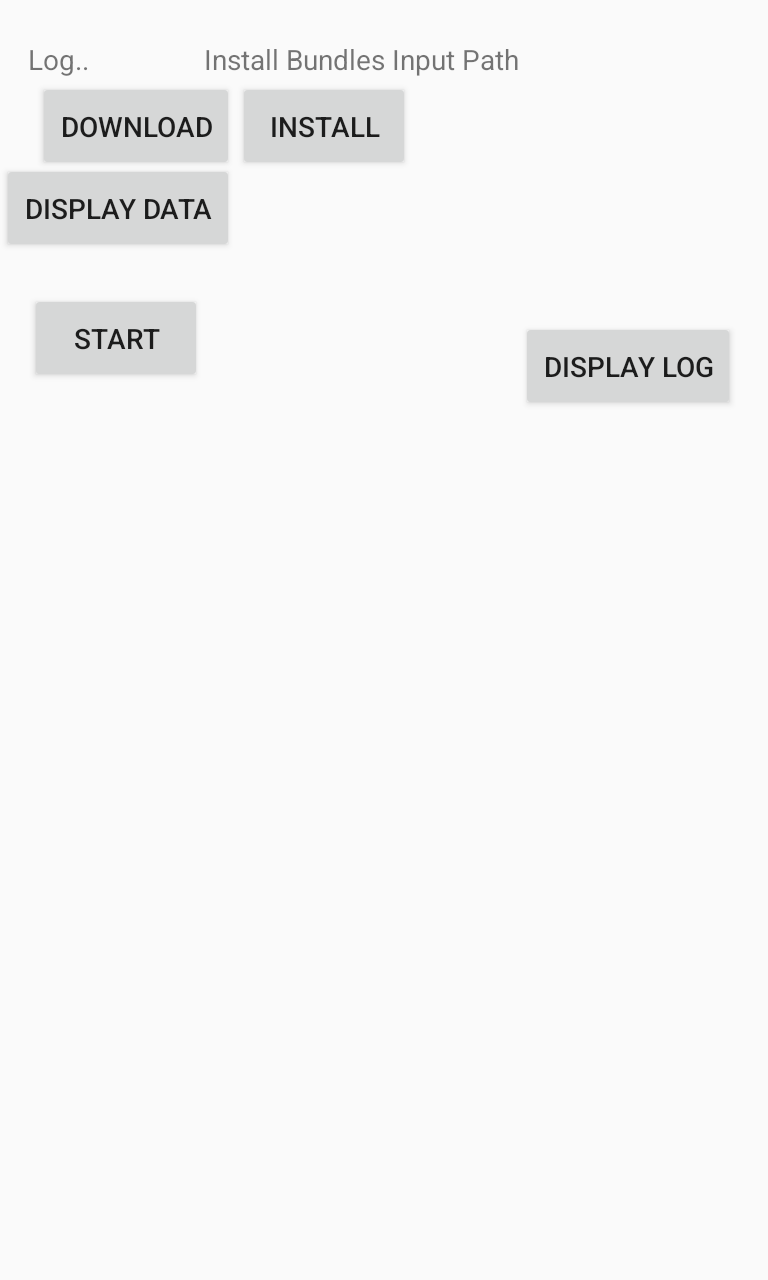
Repository: theodosiac/gyroscope_Rest_Android
Layout: HelloFelix/res/layout/activity_main.xml
An editor plug-in stored every save of this project. The layout is shown before and after the next save, followed by the edit.
It is drawn on a 768 x 1280 px phone screen (xhdpi) without system bars, with theme AppTheme; the app's code is not run.

Above is the layout before, as saved 2015-03-25 17:59:21.

After the next save:
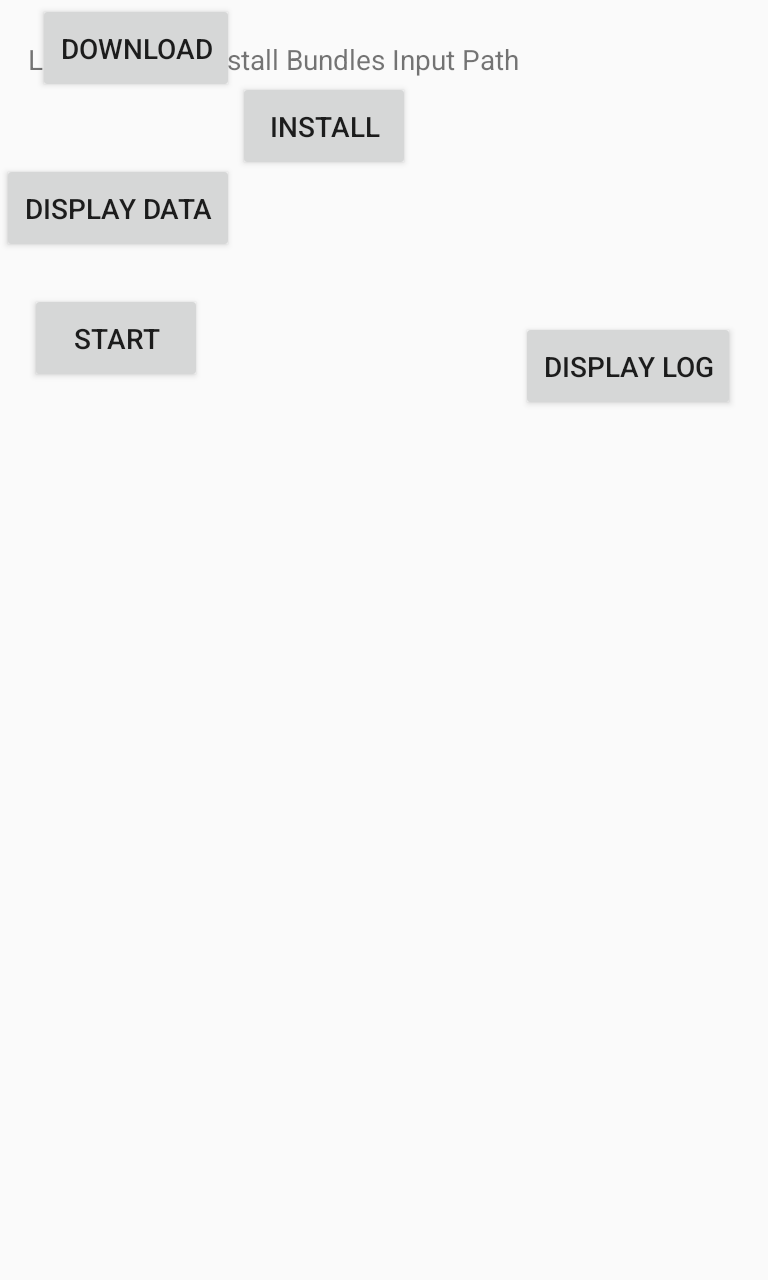
Saved 18 s later.
--- a/HelloFelix/res/layout/activity_main.xml
+++ b/HelloFelix/res/layout/activity_main.xml
@@ -31,7 +31,6 @@
         android:layout_width="wrap_content"
         android:layout_height="wrap_content"
         android:layout_alignRight="@+id/button1"
-        android:layout_below="@+id/text_view"
         android:onClick="DownloadBundle"
         android:text="Download" />
 

After the save that followed:
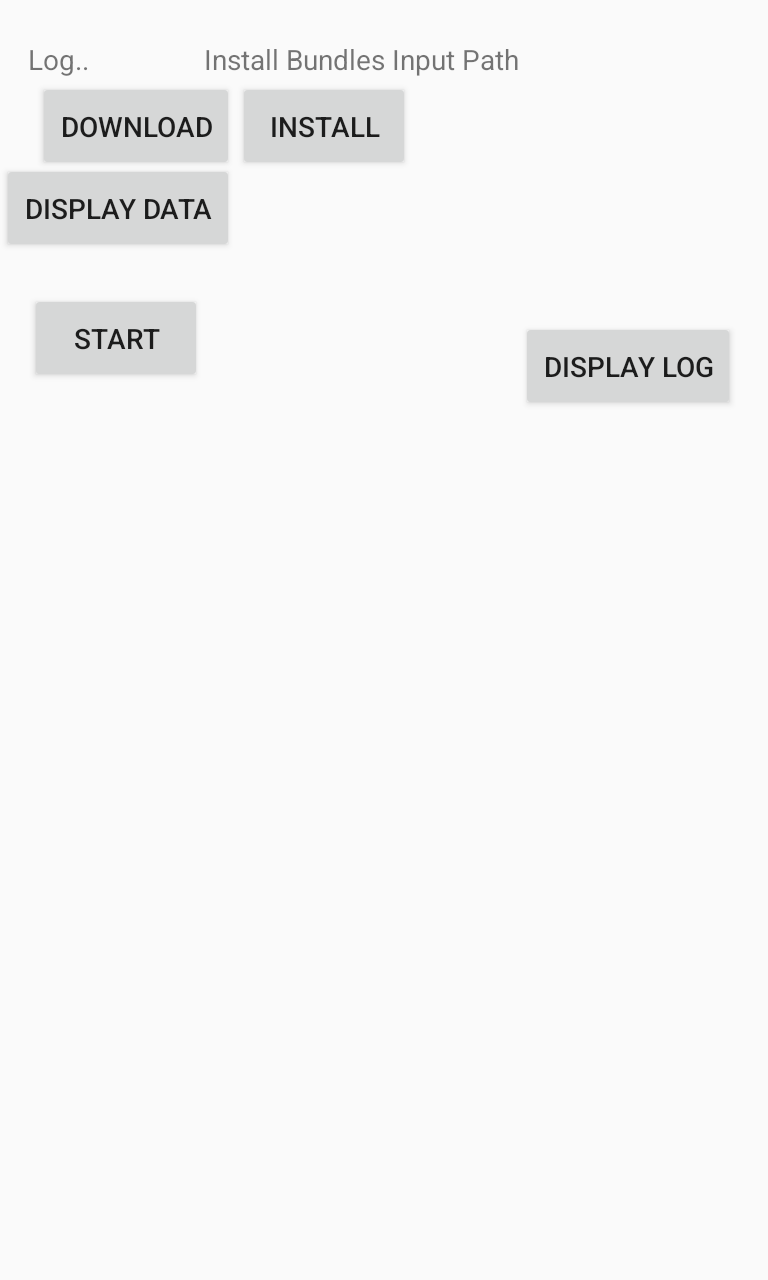
Saved 24 s later.
--- a/HelloFelix/res/layout/activity_main.xml
+++ b/HelloFelix/res/layout/activity_main.xml
@@ -12,7 +12,6 @@
         android:layout_height="wrap_content"
         android:layout_alignParentLeft="true"
         android:layout_alignParentTop="true"
-        android:layout_below="@string/button_displayData"
         android:layout_marginLeft="14dp"
         android:layout_marginTop="20dp"
         android:text="Log.." />
@@ -31,6 +30,7 @@
         android:layout_width="wrap_content"
         android:layout_height="wrap_content"
         android:layout_alignRight="@+id/button1"
+        android:layout_below="@+id/text_view"
         android:onClick="DownloadBundle"
         android:text="Download" />
 
